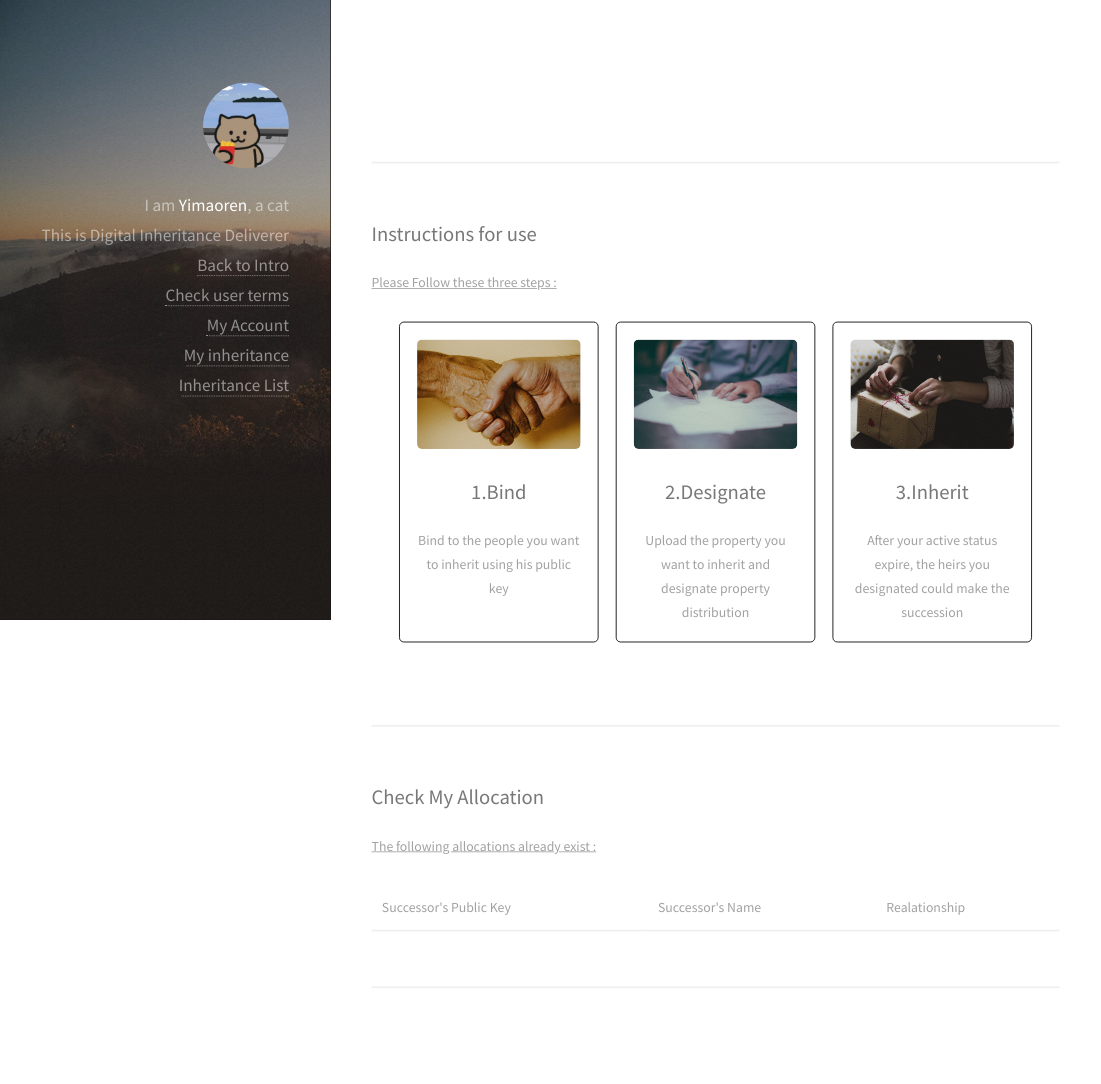
Repository: 1mocat/DID-blockchain-project
Page: Digital_I_D/app/src/my_inher.html
The author's editor kept a copy of each file at every save. The page is drawn from the files as they stood at one save, then again after the next save.
The browser window is 1280 px wide. The pictures show the whole page, at 86% of full size.

Above is the page before, as saved 2023-10-03 13:32:22.

### Digital_I_D/app/src/my_inher.html
<!DOCTYPE HTML>
<html>



<head>
	<title>Strata by HTML5 UP</title>
	<meta charset="utf-8" />
	<meta name="viewport" content="width=device-width, initial-scale=1, user-scalable=no" />
	<link rel="stylesheet" href="assets_account/css/main.css" />
	<style>
		#countdown {
			font-size: 16px;
			color: rgb(240, 55, 123);
		}

		.container {
			display: grid;
			/* 使用 grid 布局 */
			grid-template-columns: repeat(3, 1fr);
			/* 创建三列，均匀分布空间 */
			gap: 20px;
			/* 间隔大小 */
		}

		.box {
			padding: 20px;
			/* 内边距 */
			border: 1px solid #000;
			/* 边框样式 */
			text-align: center;
			/* 文本居中 */
		}

		.solid-line {
			border: none;
			border-top: 1px solid #000;
			/* 使用 dashed 边框样式和颜色 */
			margin: 0px;
			/* 设置上下间距 */
			height: 1px;
			/* 减小实线的高度 */
		}

		.content {
			padding: 20px;
		}

		.custom-button-left {
			margin-left: 100px;
			/* 添加右侧边距，根据需要调整间距大小 */
		}
		.custom-button-left {
			margin-right: 100px;
			/* 添加右侧边距，根据需要调整间距大小 */
		}
	</style>
</head>

<body class="is-preload">

	<!-- Header -->

	<header id="header">
		<div class="inner">
			<a href="#" class="image avatar"><img src="images/yimaoren.jpg" alt="" /></a>
			<h1>I am <strong>Yimaoren</strong>, a cat<br /></h1>
			<h1>This is Digital Inheritance Deliverer</h1>
			<h1><a href="index.html">Back to Intro</a></h1>
			<h1><a href="UserAgreement.html">Check user terms</a></h1>
			<h1><a href="myaccount.html">My Account</a></h1>
			<h1><a href="my_inher.html">My inheritance</a></h1>
			<h1><a href="inher_list.html">Inheritance List</a></h1>
		</div>
	</header>

	<!-- Main -->
	<div id="main">

		<!-- One -->
		<br>
		<section id="one" class="section-container">
			<h2>Instructions for use</h2>
			<p><u>Please Follow these three steps :</u></p>
			<div class="container">
				<div class="box">
					<a class="image fit"><img src="images/bind.jpg" title="Bind" alt="" /></a>
					<h2>1.Bind</h2>
					<p>Bind to the people you want to inherit using his public key</p>
				</div>
				<div class="box">
					<a class="image fit"><img src="images/assign.jpg" title="Designate" alt="" /></a>
					<h2>2.Designate</h2>
					<p>Upload the property you want to inherit and designate property distribution</p>
				</div>
				<div class="box">
					<a class="image fit"><img src="images/open.png" title="Inherit" alt="" /></a>
					<h2>3.Inherit</h2>
					<p>After your active status expire, the heirs you designated could make the succession</p>
				</div>
			</div>



		</section>
		<section id="two">
			<h2>Check My Allocation</h2>
			<p><u>The following allocations already exist :</u></p>
			<div class="table-margin">
				<table class="table table-bordered table-header">
					<thead>
						<tr>
							<td class="w15">Successor's Public Key</td>
							<td class="w15">Successor's Name</td>
							<td class="w15">Realationship</td>

						</tr>
					</thead>
					<tbody id="details"></tbody>
				</table>
			</div>

		</section>

		<!-- Three -->
		<section id="three">

		</section>



	</div>



	<!-- Scripts -->
	<script src="assets_account/js/jquery.min.js"></script>
	<script src="assets_account/js/jquery.poptrox.min.js"></script>
	<script src="assets_account/js/browser.min.js"></script>
	<script src="assets_account/js/breakpoints.min.js"></script>
	<script src="assets_account/js/util.js"></script>
	<script src="assets_account/js/main.js"></script>




</body>

</html>

Loaded but not shown: Digital_I_D/app/src/assets_account/css/fontawesome-all.min.css (library); Digital_I_D/app/src/assets_account/js/jquery.min.js (library); Digital_I_D/app/src/assets_account/js/jquery.poptrox.min.js (library); Digital_I_D/app/src/assets_account/js/browser.min.js (common file); Digital_I_D/app/src/assets_account/js/breakpoints.min.js (common file); Digital_I_D/app/src/assets_account/js/util.js (587 lines, source omitted); Digital_I_D/app/src/assets_account/js/main.js (117 lines, source omitted); Digital_I_D/app/src/assets_account/css/main.css (3221 lines, source omitted)

After the next save:
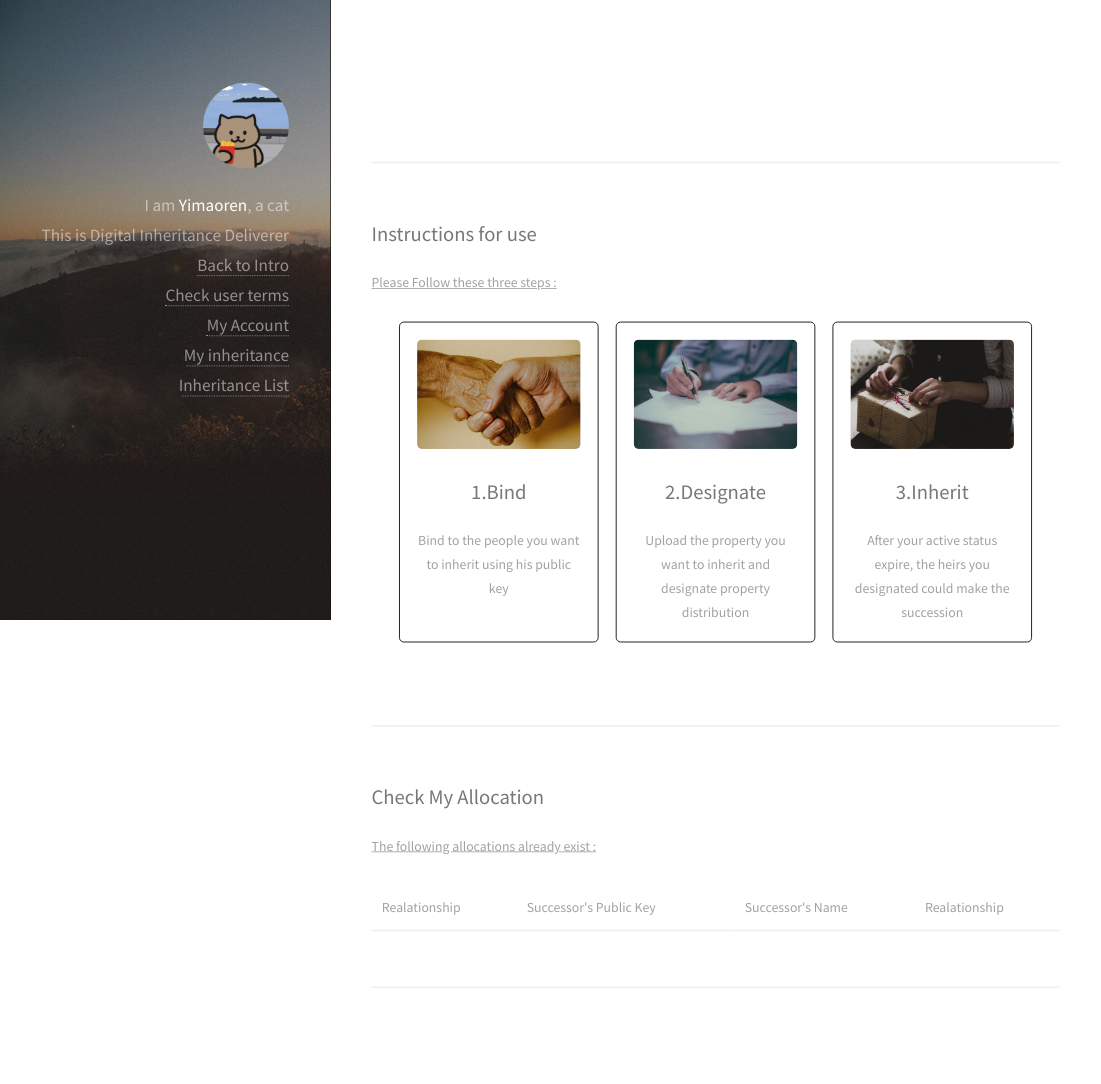
Saved 12 s later.
--- a/Digital_I_D/app/src/my_inher.html
+++ b/Digital_I_D/app/src/my_inher.html
@@ -110,6 +110,7 @@
 				<table class="table table-bordered table-header">
 					<thead>
 						<tr>
+							<td class="w15">Realationship</td>
 							<td class="w15">Successor's Public Key</td>
 							<td class="w15">Successor's Name</td>
 							<td class="w15">Realationship</td>
